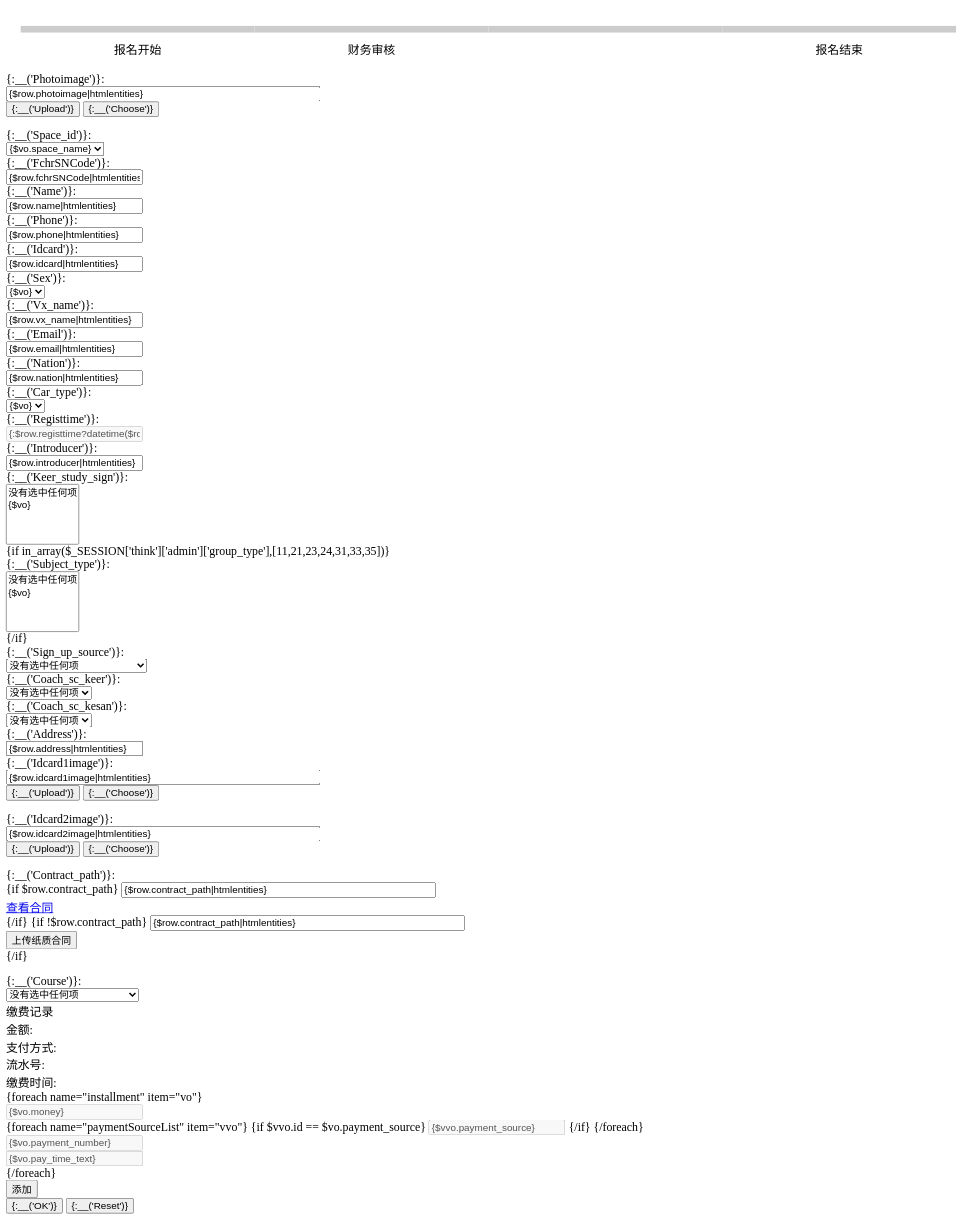
Repository: Akarin-Akari/xiaomaguantest
Page: application/admin/view/studentconfig/student/edit.html
An editor plug-in stored every save of this project. The page is shown before and after the next save, followed by the edit.
The browser window is 1280 px wide. The page is 1312 px wide, so the pictures cover 1312 px, including what lies to the right of the window. The pictures show the whole page, at 74% of full size.

Above is the page before, as saved 2024-01-23 19:05:58.
Console error: ReferenceError: $length is not defined

After the next save:
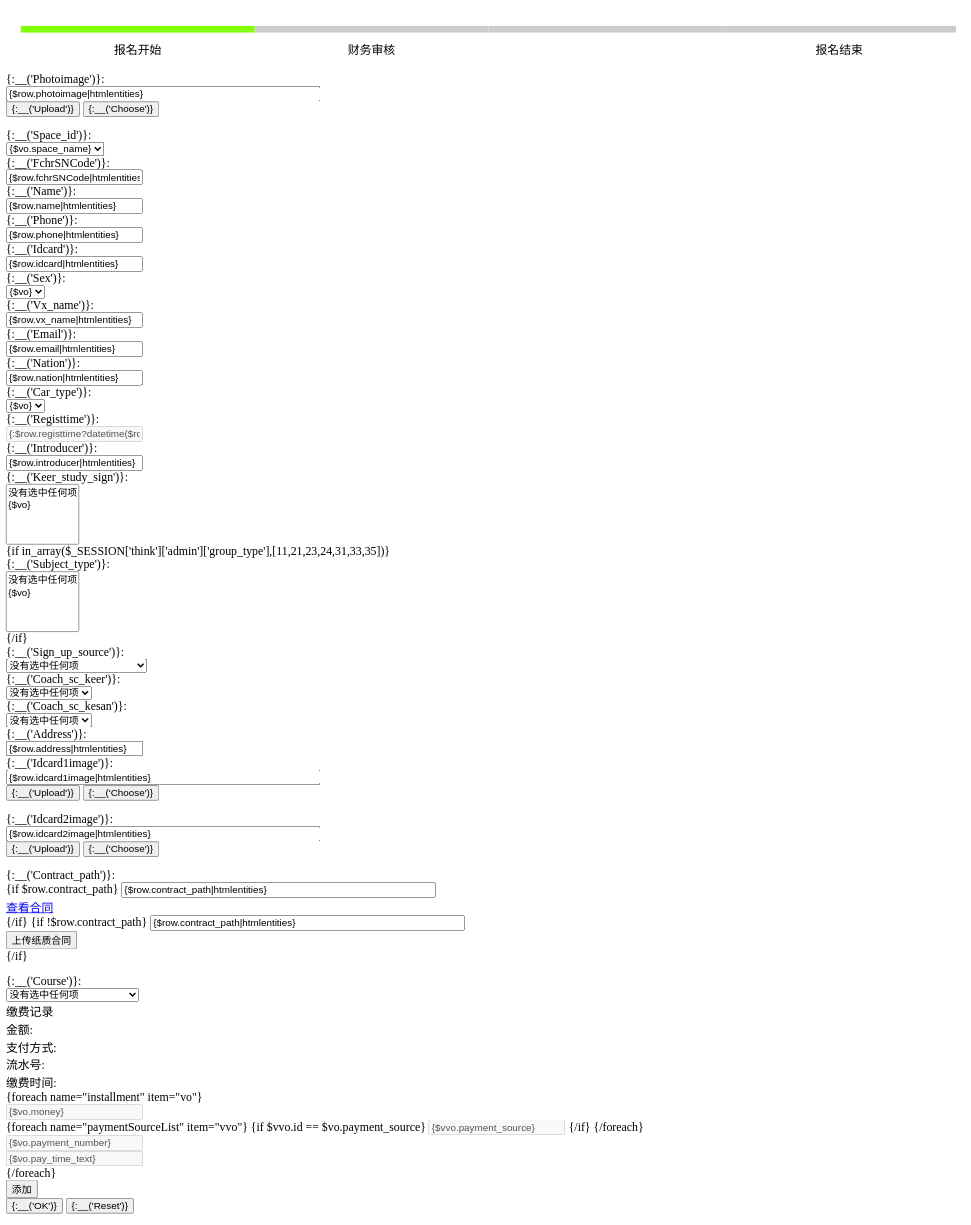
Saved 3 min 19 s later.
--- a/application/admin/view/studentconfig/student/edit.html
+++ b/application/admin/view/studentconfig/student/edit.html
@@ -41,7 +41,7 @@
             <!-- 第一部分 -->
             <div class="step">
                 <div class="step-progress left  done ">
-                    <div class="step-line"></div>
+                    <div class="step-line" style="background-color: chartreuse;"></div>
                 </div>
                 <div class="step-text">
                     <span>报名开始</span>
